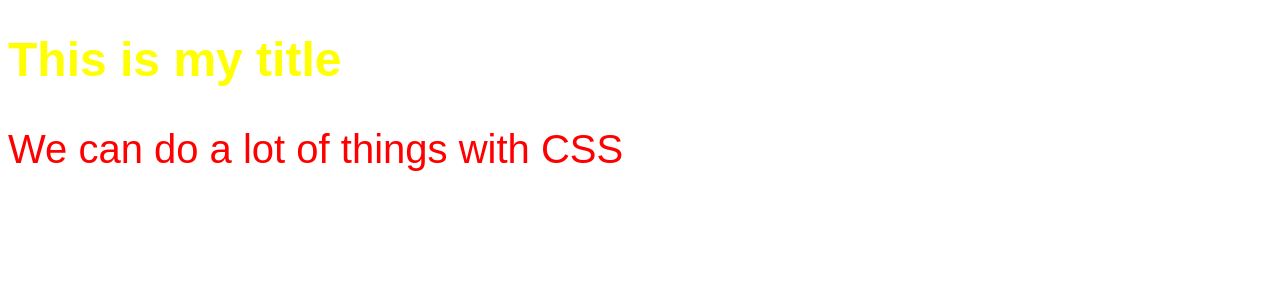
Repository: kchia/nycod14-class-demo
Page: index.html
The author's editor kept a record of every edit. The page is drawn from the files as they stood at one moment, then again after the next edit.
The browser window is 1280 px wide. The pictures show the whole page.

Above is the page before.

### index.html
<!DOCTYPE html>
<html>
    <head>
        <title>Example Page</title>
        <style>
            #paragraph {
                font-size: 40px;
                color: red;
            }

            .font-selector {
                font-family: Arial;
            }
        </style>
    </head>
    <body>
        <!--inline styling-->
        <h1 class="font-selector" style="color:yellow; font-size:48px">This is my title</h1>

        <p class="font-selector" id="paragraph">
          We can do a lot of things with CSS
        </p>
    </body>
</html>

After the next edit:
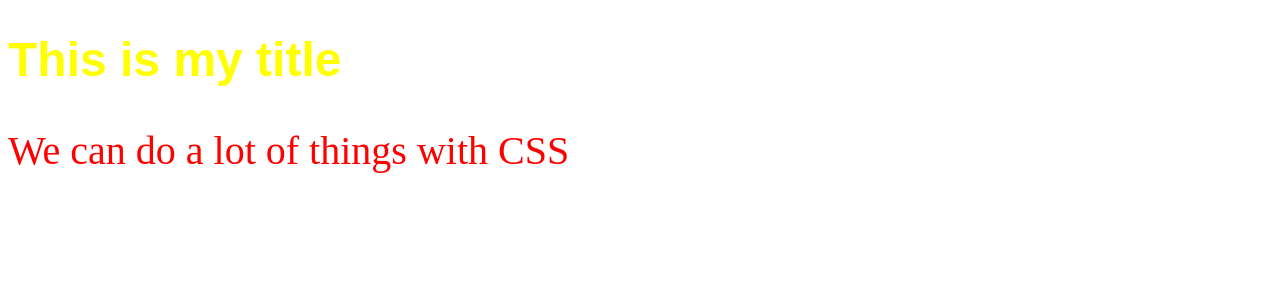
The edit:
--- a/index.html
+++ b/index.html
@@ -5,6 +5,7 @@
         <style>
             #paragraph {
                 font-size: 40px;
+                font-family: Comic Sans;
                 color: red;
             }
 
